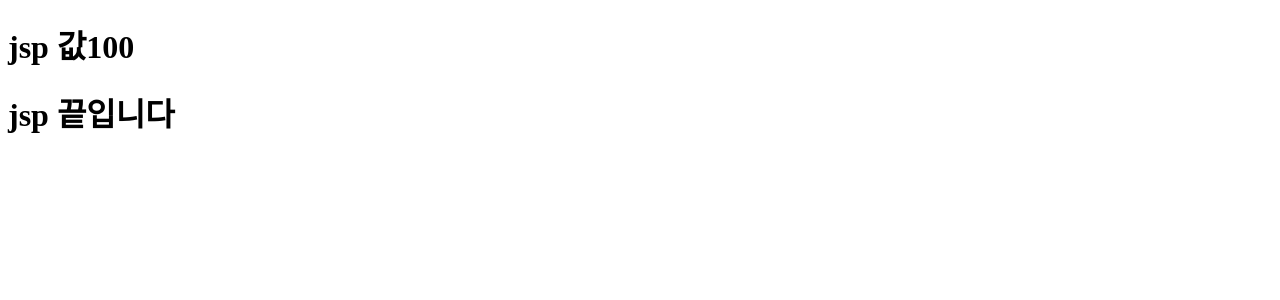
Repository: ryu1917/jsp
Page: http://localhost/jsp/test.jsp
These files come from the project's save history. The page is drawn as it stood at one moment and after the next save; the edit follows.
The browser window is 1280 px wide. The pictures show the whole page.
The page is served by Tomcat 9.

Above is the page before, as saved 2021-04-20 09:05:05.

### workspace/jsp/src/main/webapp/test.jsp
<%@ page language="java" contentType="text/html; charset=EUC-KR"
    pageEncoding="EUC-KR"%>
<!DOCTYPE html>
<html>
<head>
<meta charset="utf-8">
<title>Insert title here</title>
</head>
<body>
	<%
		int num=100;
	System.out.print(num);//콘솔로 출력
	out.print("<h1>jsp 값"+num+"</h1>");
	%>
	<h1>jsp 끝입니다</h1>
</body>
</html>

After the next save:
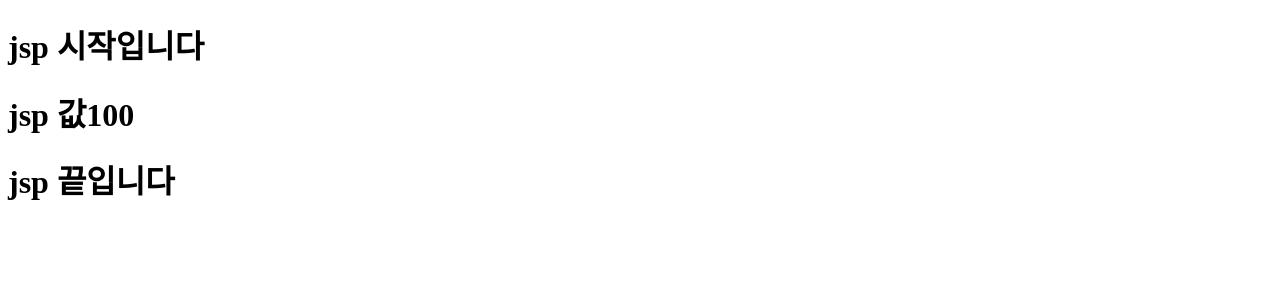
Saved 14 s later.
--- a/workspace/jsp/src/main/webapp/test.jsp
+++ b/workspace/jsp/src/main/webapp/test.jsp
@@ -7,6 +7,7 @@
 <title>Insert title here</title>
 </head>
 <body>
+	<h1>jsp 시작입니다</h1>
 	<%
 		int num=100;
 	System.out.print(num);//콘솔로 출력
